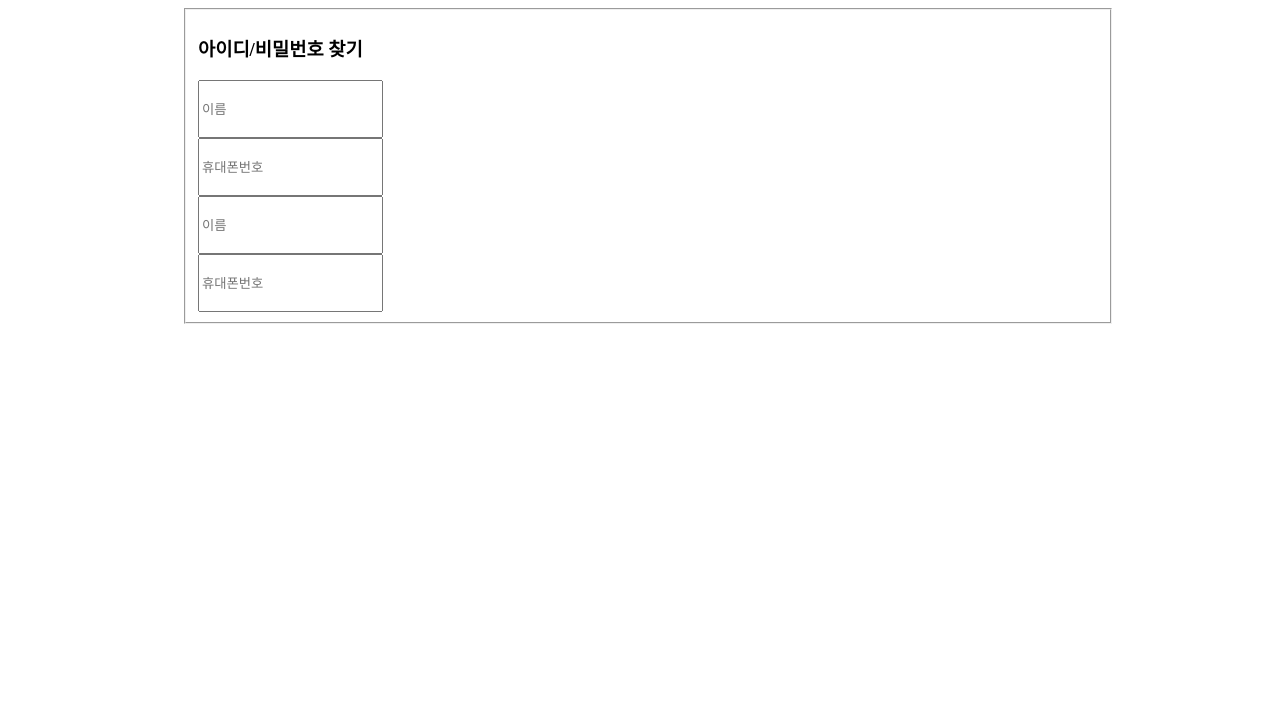
Repository: agheha/trillion
Page: YH/study_project/html/find.html
These files come from the project's save history. The page is drawn as it stood at one moment and after a run of saves; the edit follows.
The browser window is 1280 px wide. The page is 1288 px wide, so the pictures cover 1288 px, including what lies to the right of the window. The pictures show the whole page.

Above is the page before, as saved 2019-09-04 19:24:37.

After the next 3 saves:
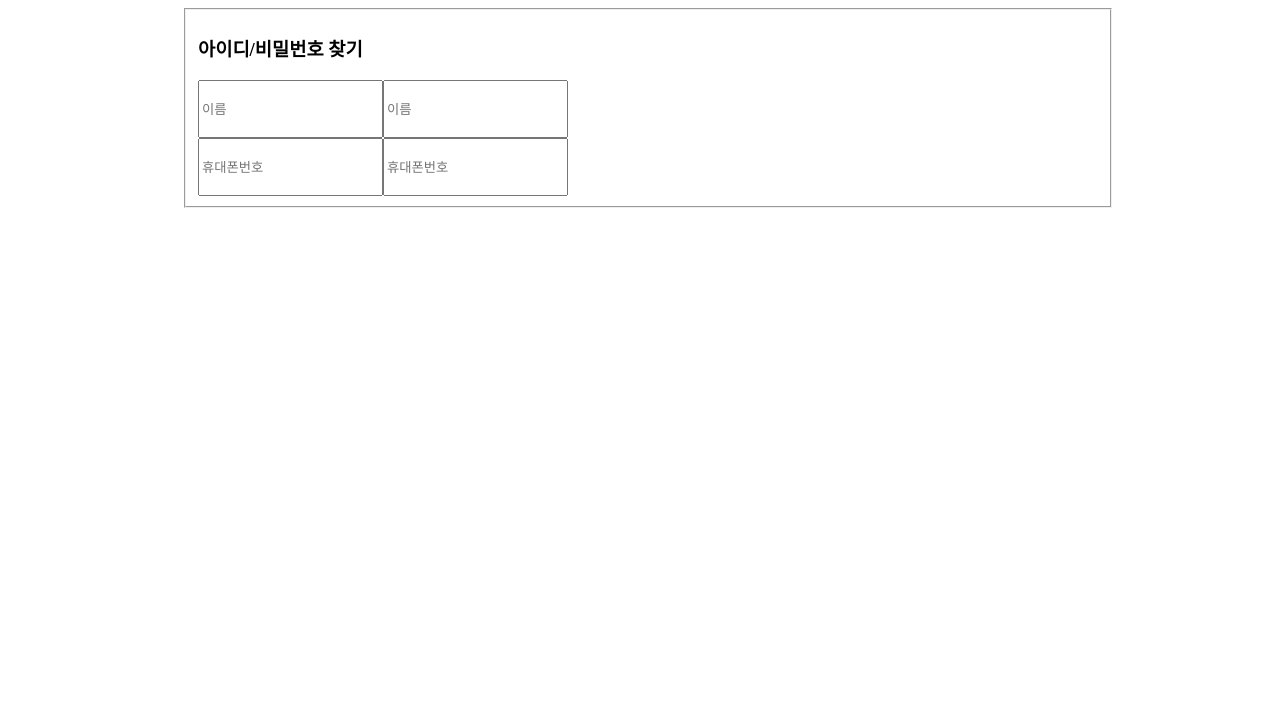
The 3 saves are shown as one change because they came seconds apart.
The last was saved 28 s later.
--- a/YH/study_project/css/find.css
+++ b/YH/study_project/css/find.css
@@ -11,6 +11,6 @@
     /* width : 48%; */
     height: 52px;
 }
-span {
-
+.inputbox {
+    float: left;
 }
